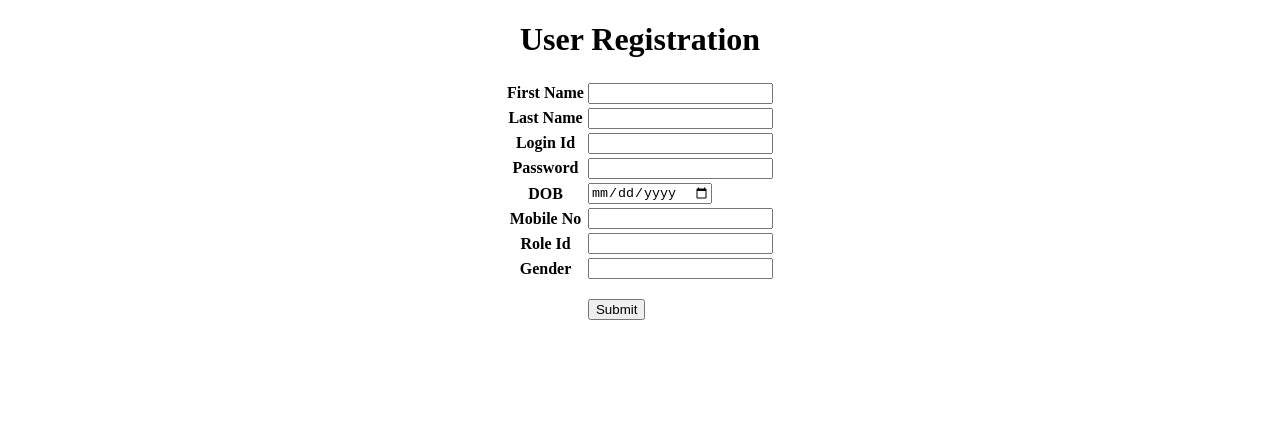
Repository: Ajay12Ajay/Advance_Java
Page: http://localhost/Advance_Web_Project/UserRegistrationView.jsp
An editor plug-in stored every save of this project. The page is shown before and after the next save, followed by the edit.
The browser window is 1280 px wide. The pictures show the whole page.
The page is served by Tomcat 9. Nobody is signed in. The application's start-up code is not run.

Above is the page before, as saved 2025-07-28 09:06:31.

After the next save:
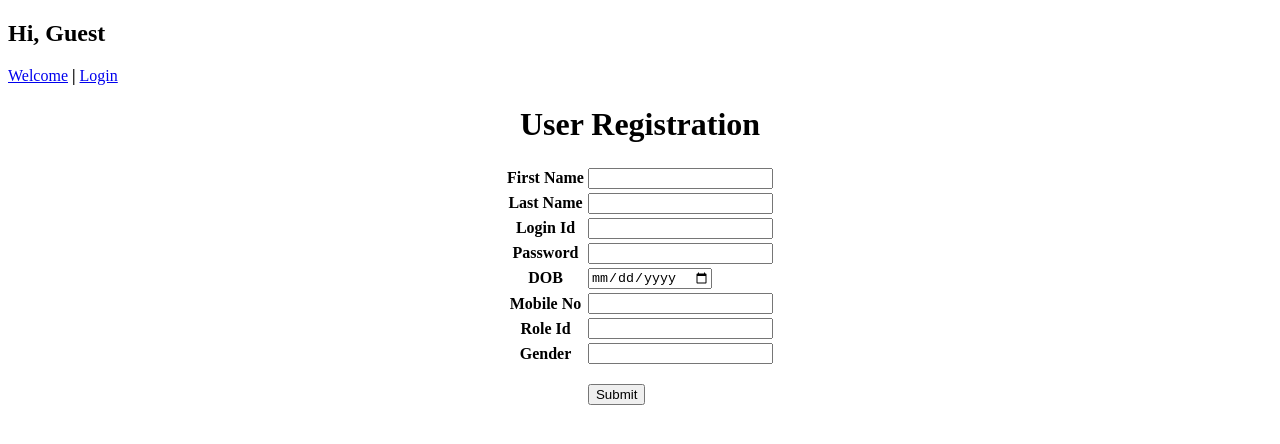
Saved 2 min 3 s later.
--- a/Advance_Web_Project/WebContent/UserRegistrationView.jsp
+++ b/Advance_Web_Project/WebContent/UserRegistrationView.jsp
@@ -7,9 +7,10 @@
 <title>User Registration</title>
 </head>
 <body>
+	<%@ include file="Header.jsp"%>
 	<div align="center">
 		<form action="UserRegistrationCtl" method="post">
-			<h1>User Registration </h1>
+			<h1>User Registration</h1>
 			<table>
 				<tr>
 					<th>First Name</th>
